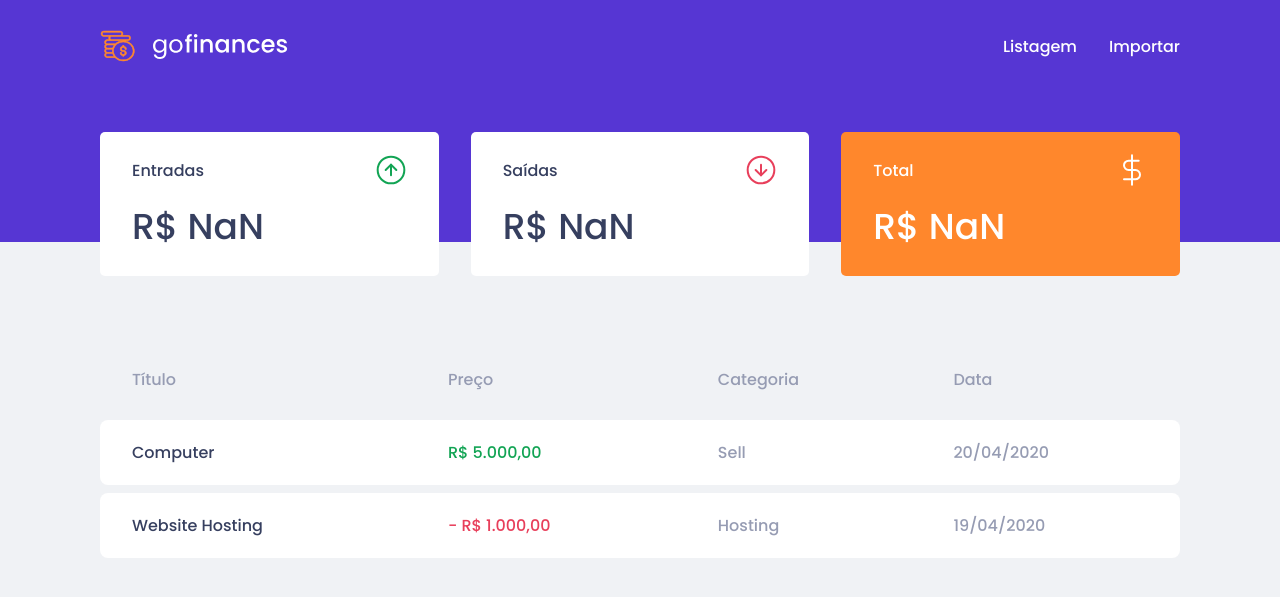
Repository: ramonmjr/desafio-fundamentos-react-transacoes
Page: /
The author's editor kept a copy of each file at every save. The page is drawn from the files as they stood at one save, then again after the next save.
The browser window is 1280 px wide. The pictures show the whole page.
The page's requests for data from a server got no answer. The project was rebuilt for these pictures with package versions that can differ from the ones it lists, and the page was loaded fresh each time. No one was signed in, and anything a server would have sent is missing. Also part of the build but not shown: src/components/FileList/styles.ts, src/components/FileList/index.tsx, src/components/Upload/styles.ts, src/components/Upload/index.tsx, src/pages/Import/styles.ts, src/pages/Import/index.tsx.

Above is the page before, as saved 2020-11-01 16:53:29.

After the next save:
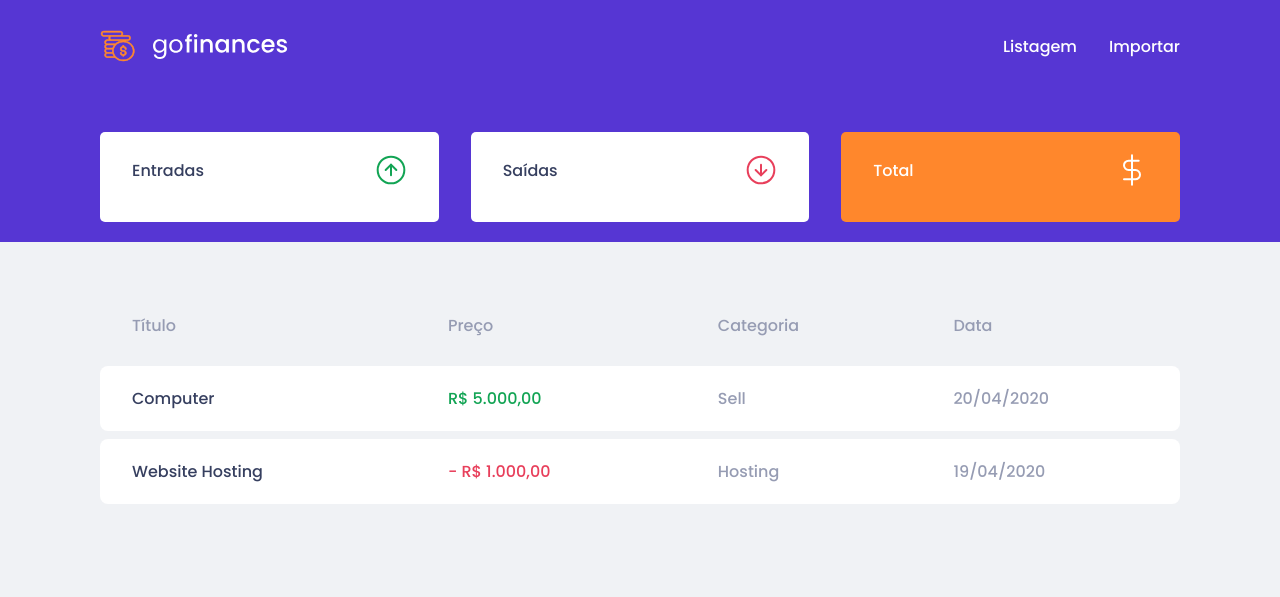
Saved 77 s later.
--- a/src/pages/Dashboard/index.tsx
+++ b/src/pages/Dashboard/index.tsx
@@ -69,23 +69,21 @@ const Dashboard: React.FC = () => {
               <p>Entradas</p>
               <img src={income} alt="Income" />
             </header>
-            <h1 data-testid="balance-income">{formatValue(balance.income)}</h1>
+            <h1 data-testid="balance-income">{balance.income}</h1>
           </Card>
           <Card>
             <header>
               <p>Saídas</p>
               <img src={outcome} alt="Outcome" />
             </header>
-            <h1 data-testid="balance-outcome">
-              {formatValue(balance.outcome)}
-            </h1>
+            <h1 data-testid="balance-outcome">{balance.outcome}</h1>
           </Card>
           <Card total>
             <header>
               <p>Total</p>
               <img src={total} alt="Total" />
             </header>
-            <h1 data-testid="balance-total">{formatValue(balance.total)}</h1>
+            <h1 data-testid="balance-total">{balance.total}</h1>
           </Card>
         </CardContainer>
 
